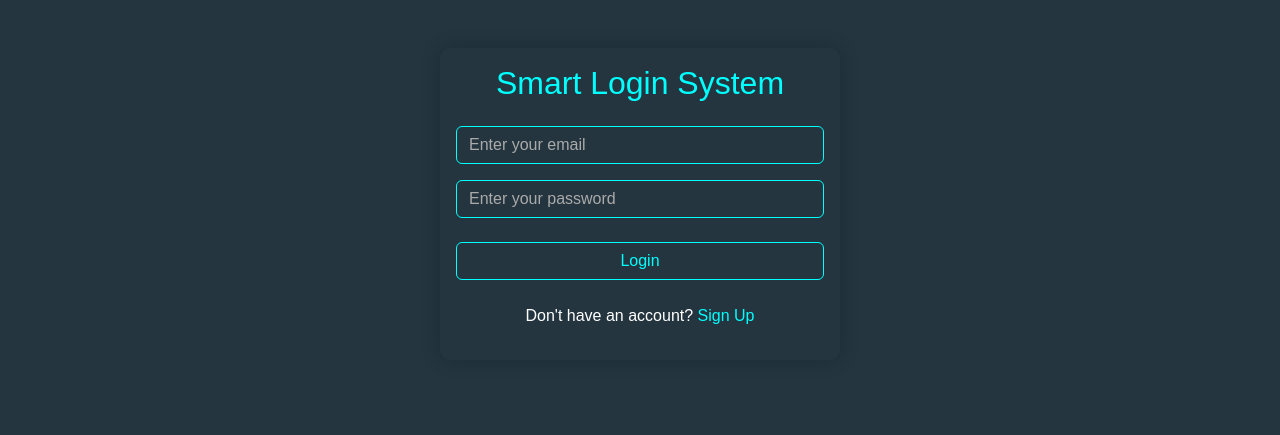
Repository: bodajava/TASK-4
Page: index.html
The author's editor kept a copy of each file at every save. The page is drawn from the files as they stood at one save, then again after the next save.
The browser window is 1280 px wide. The pictures show the whole page.

Above is the page before, as saved 2025-06-16 18:12:18.

### index.html
<!DOCTYPE html>
<html lang="en">
  <head>
    <link rel="stylesheet" href="CSS/all.min.css" />
    <link rel="stylesheet" href="CSS/bootstrap.css" />
    <link rel="stylesheet" href="CSS/style.css" />
    <meta charset="UTF-8" />
    <meta name="viewport" content="width=device-width, initial-scale=1.0" />
    <title>Document</title>
  </head>
  <body>
    <div class="login-box my-5 p-3">
      <h2>Smart Login System</h2>
      <form>
        <div class="mb-3 mt-4">
          <input
            type="email"
            class="form-control"
            placeholder="Enter your email"
          />
        </div>
        <div class="mb-3">
          <input
            type="password"
            class="form-control"
            placeholder="Enter your password"
          />
        </div>
        <div class="d-grid mt-4">
          <button type="submit" class="btn btn-custom">Login</button>
        </div>
      </form>
      <p class="mt-4 signup-link">
        Don't have an account? <a href="#">Sign Up</a>
      </p>
    </div>
    <script src="js/bootstrap.bundle.min.js"></script>
    <script src="js/index.js"></script>
  </body>
</html>

### CSS/style.css
* {
  padding: 0;
  margin: 0;
  box-sizing: border-box;
}

body {
  background-color: #24353f;

  display: flex;
  justify-content: center;
  align-items: center;
  font-family: Arial, sans-serif;
}

#item {
  box-shadow: black;
}

.login-box {
  background-color: #24353f;
  padding: 40px;
  border-radius: 10px;
  box-shadow: 0 0 20px rgba(0, 0, 0, 0.2);
  width: 100%;
  max-width: 400px;
  text-align: center;
  color: #00ffff;
}

.form-control {
  background-color: transparent;
  border: 1px solid #00ffff;
  color: #fff;
}

.form-control::placeholder {
  color: #aaa;
}

.btn-custom {
  border: 1px solid #00ffff;
  color: #00ffff;
  background-color: transparent;
  transition: 0.3s;
}

.btn-custom:hover {
  background-color: #00ffff;
  color: #000;
}

.signup-link {
  color: #fff;
}

.signup-link a {
  color: #00ffff;
  text-decoration: none;
}

.signup-link a:hover {
  text-decoration: underline;
}

Loaded but not shown: CSS/all.min.css (library); CSS/bootstrap.css (library); js/bootstrap.bundle.min.js (library); js/index.js (no copy from this time; the picture is the same without it)

After the next save:
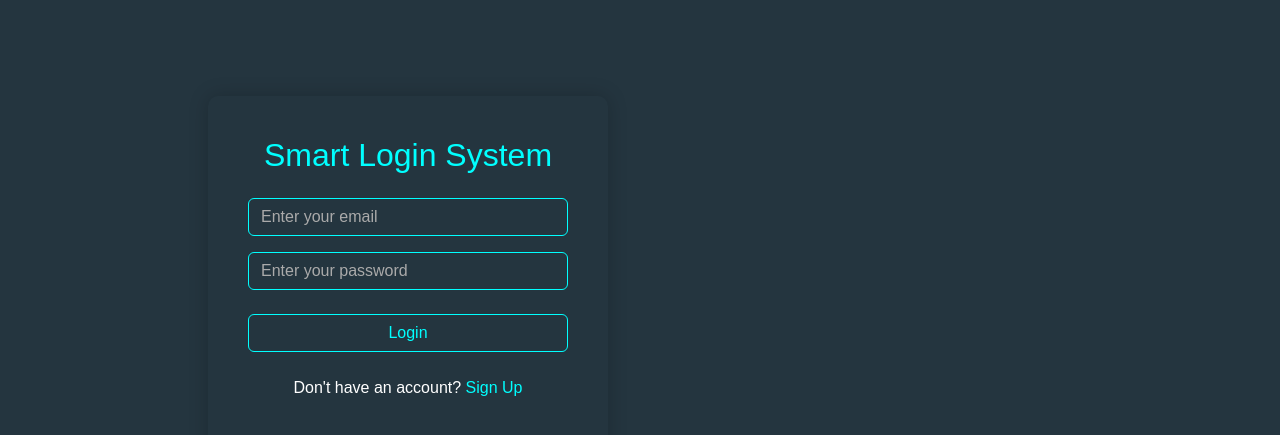
Saved 41 s later.
--- a/index.html
+++ b/index.html
@@ -9,30 +9,32 @@
     <title>Document</title>
   </head>
   <body>
-    <div class="login-box my-5 p-3">
-      <h2>Smart Login System</h2>
-      <form>
-        <div class="mb-3 mt-4">
-          <input
-            type="email"
-            class="form-control"
-            placeholder="Enter your email"
-          />
-        </div>
-        <div class="mb-3">
-          <input
-            type="password"
-            class="form-control"
-            placeholder="Enter your password"
-          />
-        </div>
-        <div class="d-grid mt-4">
-          <button type="submit" class="btn btn-custom">Login</button>
-        </div>
-      </form>
-      <p class="mt-4 signup-link">
-        Don't have an account? <a href="#">Sign Up</a>
-      </p>
+    <div id="item" class="container my-5 w-75 p-5">
+      <div class="login-box">
+        <h2>Smart Login System</h2>
+        <form>
+          <div class="mb-3 mt-4">
+            <input
+              type="email"
+              class="form-control"
+              placeholder="Enter your email"
+            />
+          </div>
+          <div class="mb-3">
+            <input
+              type="password"
+              class="form-control"
+              placeholder="Enter your password"
+            />
+          </div>
+          <div class="d-grid mt-4">
+            <button type="submit" class="btn btn-custom">Login</button>
+          </div>
+        </form>
+        <p class="mt-4 signup-link">
+          Don't have an account? <a href="#">Sign Up</a>
+        </p>
+      </div>
     </div>
     <script src="js/bootstrap.bundle.min.js"></script>
     <script src="js/index.js"></script>
